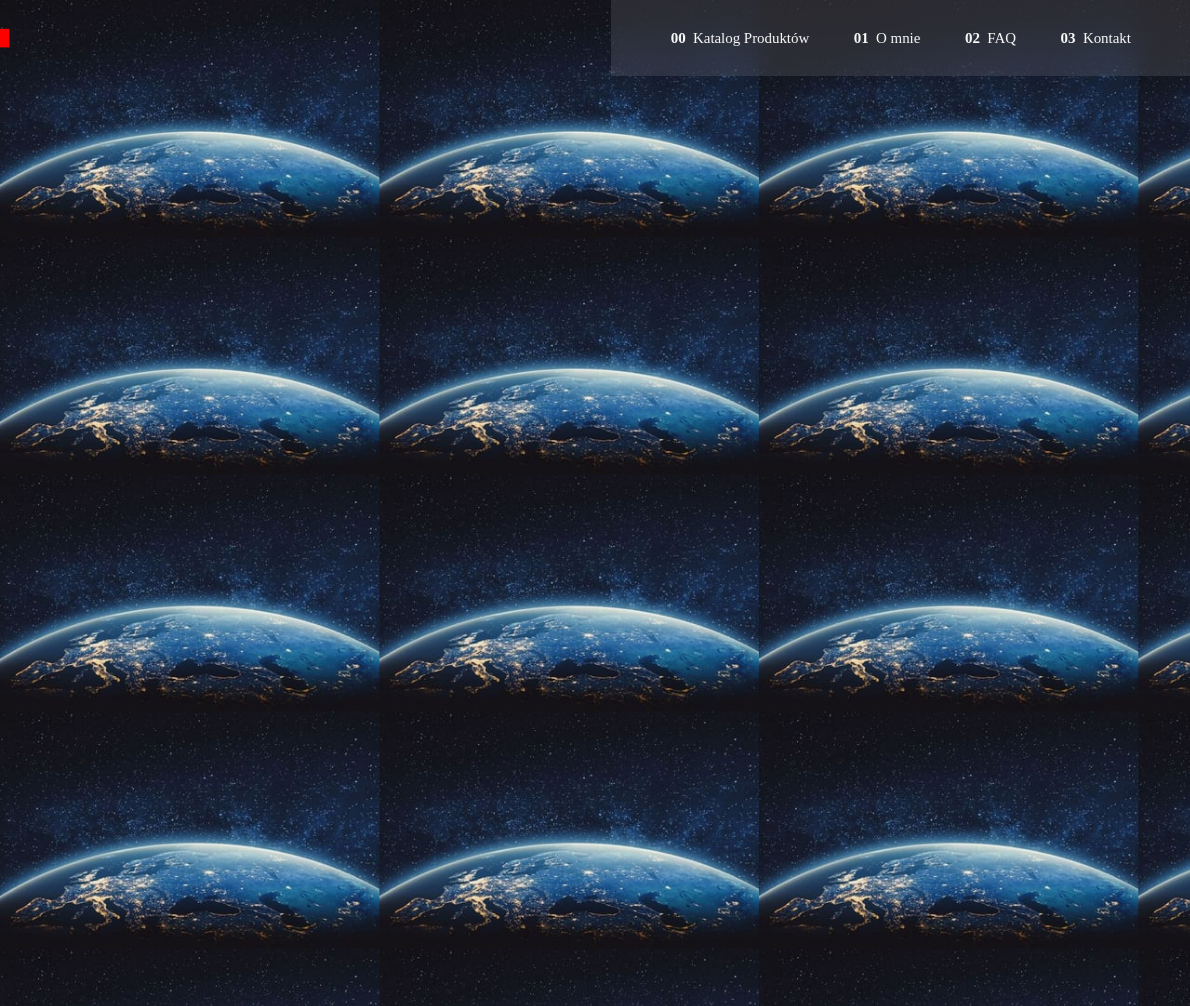
Repository: kowalkos/Rak_projekt
Page: /
The author's editor kept a copy of each file at every save. The page is drawn from the files as they stood at one save, then again after the next save.
The browser window is 1280 px wide. The pictures show the whole page, at 93% of full size.
The project was rebuilt for these pictures with package versions that can differ from the ones it lists, and the page was loaded fresh each time.

Above is the page before, as saved 2022-01-03 09:21:22.

### src/index.css
body {
margin: 0;
  background-image: url('/src/img/kosmos.jpg');
  overflow-x: hidden;
}

### src/App.js

import './App.css';
import NavBar from './components/navbar/NavBar';

function App() {

  return (
    <div className="App">

     <NavBar/>
     <div style={{height:"1000px"}}></div>
    </div>
  );
}

export default App;

### src/App.css
.App {
  text-align: center;
  background-image: url('/src/img/kosmos.jpg');

}

.App-logo {
  height: 40vmin;
  pointer-events: none;
}

@media (prefers-reduced-motion: no-preference) {
  .App-logo {
    animation: App-logo-spin infinite 20s linear;
  }
}

.App-header {
  background-color: #282c34;
  min-height: 100vh;
  display: flex;
  flex-direction: column;
  align-items: center;
  justify-content: center;
  font-size: calc(10px + 2vmin);
  color: white;
}

.App-link {
  color: #61dafb;
}

@keyframes App-logo-spin {
  from {
    transform: rotate(0deg);
  }
  to {
    transform: rotate(360deg);
  }
}

### src/components/navbar/NavBar.js


import './NavBar.css';
function NavBar(props) {


    function toggle(){
        const primaryNav=document.querySelector('.primary-navigation');
        const navToggle=document.querySelector('.mobile-nav-toggle');
        console.log(primaryNav);
        console.log(navToggle);

            const visibility=primaryNav.getAttribute('data-visible');
            if(visibility==="false")
            {
                primaryNav.setAttribute('data-visible',true);
                navToggle.setAttribute('aria-expanded',true);
            }
            else if(visibility==="true")
            {
                primaryNav.setAttribute('data-visible',false);
                navToggle.setAttribute('aria-expanded',false);
            }
            console.log(visibility);
        }
    return <header className='primary-header flex'>
        <div style={{ width: "10px", height: "20px", backgroundColor: "red" }}>
        </div>
        <button className='mobile-nav-toggle'
            aria-controls='primary-navigation'
            onClick={toggle} >
            <span className='sr-only'></span>
        </button>
        <nav >
            <ul id='primary-navigation' aria-expanded="false" data-visible="false" className='primary-navigation flex'>
                <li>
                    <a href='/'>
                        <span aria-hidden="true">00</span>
                        Katalog Produktów
                    </a>
                </li>
                <li>
                    <a href='/'>
                        <span aria-hidden="true">01</span>
                        O mnie
                    </a>
                </li>
                <li>
                    <a href='/'>
                        <span aria-hidden="true">02</span>
                        FAQ
                    </a>
                </li>
                <li>
                    <a href='/'>
                        <span aria-hidden="true">03</span>
                        Kontakt
                    </a>
                </li>
            </ul>
        </nav>
    </header>;

    // return <div className='main-nav-bar' >
    //     <div className='nav-bar__roll-down' onhover={onHoverHandle} >
    //         Katalog Produktów
    //         <div id='nav-bar__inside'>
    //             Kokardy
    //         </div>
    //         <div id='nav-bar__inside'>
    //             Kokardy
    //         </div>
    //         <div id='nav-bar__inside'>
    //             Kokardy
    //         </div>
    //         <div id='nav-bar__inside'>
    //             Kokardy
    //         </div>height:"20px";width
    //     </div >
    //     <div className='nav-bar'>
    //         O mnie
    //     </div>
    //     <div className='nav-bar'>
    //         FAQ
    //     </div>
    //     <div className='nav-bar'>
    //         Kontakt
    //     </div>

    // </div>;
}

export default NavBar;

### src/components/navbar/NavBar.css
.flex {
    display: flex;
    gap: var(--gap, 3rem);
}

.primary-header {
    align-items: center;
    justify-content: space-between;

}

.mobile-nav-toggle {
    display: none;
}

.primary-navigation {
    list-style: none;
    padding: 0;
    margin: 0;
    background: hsl(0 0% 0% /0.75);


}

.primary-navigation a {
    text-decoration: none;
    color: white;
}

.primary-navigation a>[aria-hidden="true"] {
    font-weight: 700;
    margin-inline-end: .5rem;
}

@supports(backdrop-filter: blur(1rem)) {
    .primary-navigation {
        background: hsl(0 0% 100% /0.1);
        backdrop-filter: blur(1rem);
    }
}

@media (max-width:35em) {
    .primary-navigation {
        position: fixed;
        inset: 0 0 0 50%;
        --gap: 2rem;
        z-index: 1000;
        flex-direction: column;
        padding: min(30vh, 10rem) 2rem;

        transform: translateX(100%);
        transition: transform 350ms ease-out;
    }

    .primary-navigation[data-visible="true"] {
        transform: translateX(0%);
    }

    .mobile-nav-toggle {
        display: block;
        position: absolute;
        width: 2.25rem;
        aspect-ratio: 1;
        top: 2rem;
        right: 2rem;
        z-index: 9999;
        background-color: transparent;
        background-image: url(/src/img/Hamburger_icon.svg);
        background-repeat: no-repeat;
        border: 0px;
    }

    .mobile-nav-toggle[aria-expanded="true"] {
        background-image: url(/src/img/x-symbol.svg);
        background-size: 32px;
    }

    .sr-only {
        display: none;
    }
}

@media (min-width:35em) and (max-width:55em) {
    .primary-navigation a>span[aria-hidden="true"] {
        display: none;
    }
}
@media (min-width:35em)
{
.primary-navigation{
    padding-block: 2rem;
    padding-inline:clamp(3rem,5vw,10rem);
}
}

Loaded but not shown: public/index.html (common file); src/index.js (common file)

After the next save:
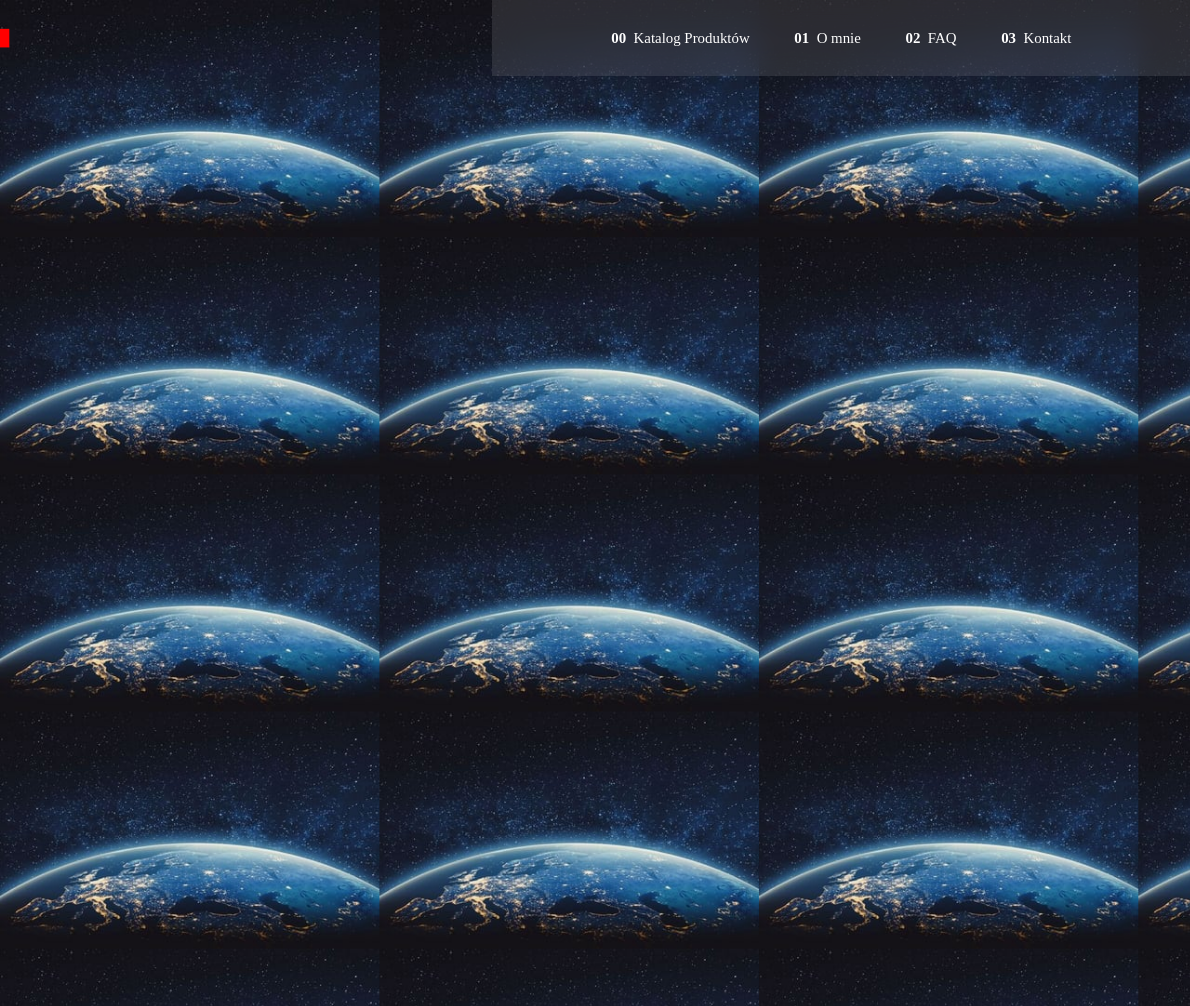
Saved 29 s later.
--- a/src/components/navbar/NavBar.css
+++ b/src/components/navbar/NavBar.css
@@ -89,6 +89,6 @@
 {
 .primary-navigation{
     padding-block: 2rem;
-    padding-inline:clamp(3rem,5vw,10rem);
+    padding-inline:clamp(3rem,10vw,10rem);
 }
 }
